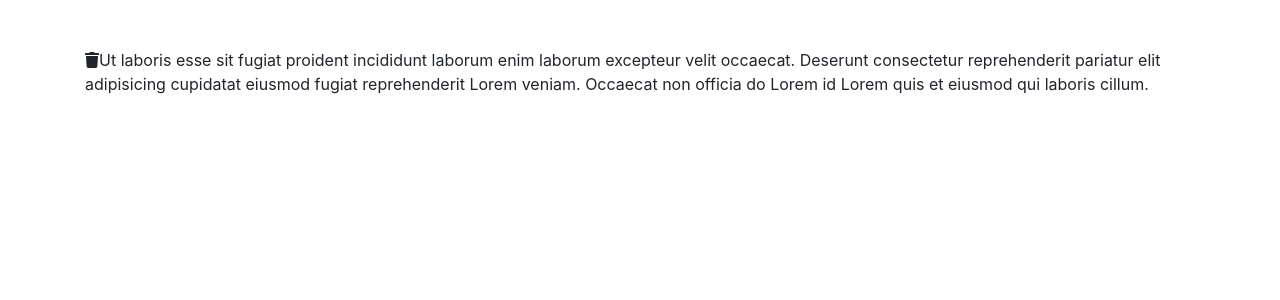
Repository: tanviredu/Data
Page: / (app in 28_vue_with_apis/vue-apis/)
The author's editor kept a copy of each file at every save. The page is drawn from the files as they stood at one save, then again after the next save.
The browser window is 1280 px wide. The pictures show the whole page.
The project was rebuilt for these pictures with package versions that can differ from the ones it lists, and the page was loaded fresh each time.

Above is the page before, as saved 2020-07-13 08:22:54.

After the next save:
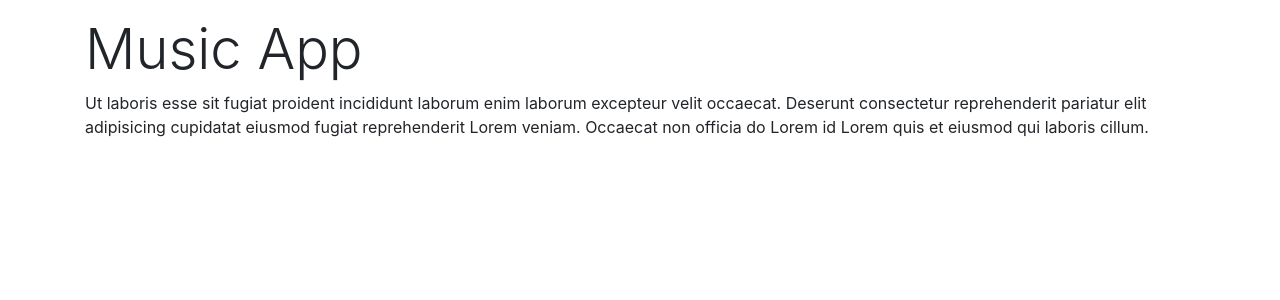
Saved 4 min 39 s later.
--- a/28_vue_with_apis/vue-apis/src/App.vue
+++ b/28_vue_with_apis/vue-apis/src/App.vue
@@ -1,9 +1,10 @@
 <template>
   <div id="app" class="container">
-    <br />
+    <div class="mt-3">
+      <h1 class="display-4">Music App</h1>
+    </div>
 
-    <br />
-    <font-awesome-icon icon="trash" />Ut laboris esse sit fugiat proident incididunt laborum enim laborum excepteur velit occaecat. Deserunt consectetur reprehenderit pariatur elit adipisicing cupidatat eiusmod fugiat reprehenderit Lorem veniam. Occaecat non officia do Lorem id Lorem quis et eiusmod qui laboris cillum.
+    <font-awesome-icon />Ut laboris esse sit fugiat proident incididunt laborum enim laborum excepteur velit occaecat. Deserunt consectetur reprehenderit pariatur elit adipisicing cupidatat eiusmod fugiat reprehenderit Lorem veniam. Occaecat non officia do Lorem id Lorem quis et eiusmod qui laboris cillum.
   </div>
 </template>
 
